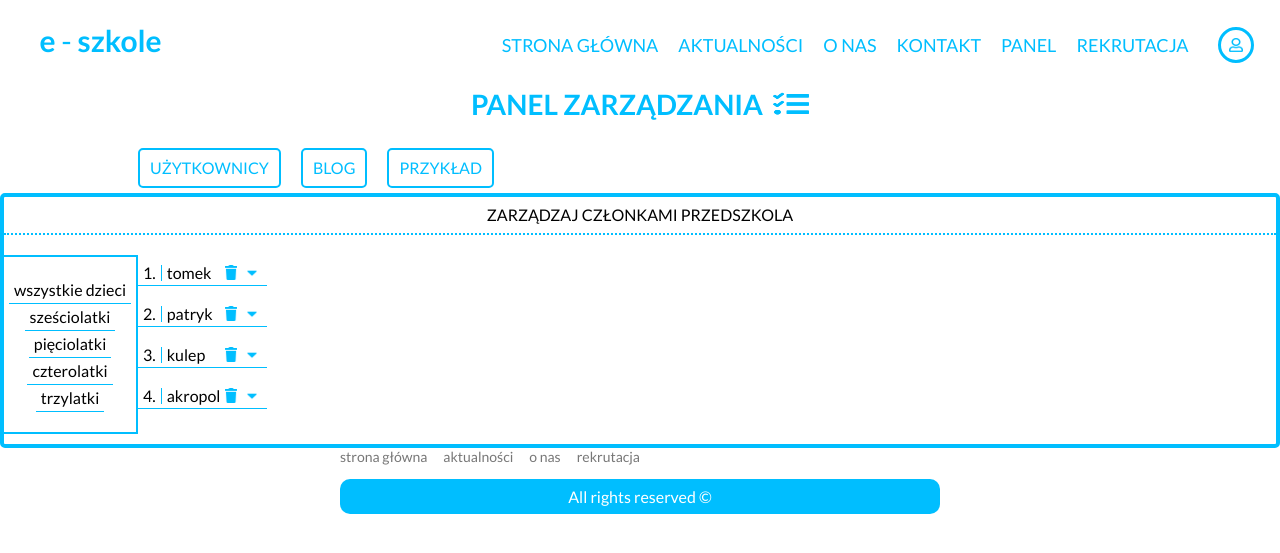
Repository: Votex874/e-szkole
Page: /panel (app in app/)
These files come from the project's save history. The page is drawn as it stood at one moment and after the next save; the edit follows.
The browser window is 1280 px wide. The pictures show the whole page.
The project was rebuilt for these pictures with package versions that can differ from the ones it lists, and the page was loaded fresh each time. Also part of the build but not shown: app/src/components/News/Title/index.js, app/src/components/News/Content/index.js, app/src/components/News/Avatar/index.js, app/src/components/News/Footer/index.js, app/src/components/News/index.js, app/src/components/AboutUs/Content/index.js, app/src/components/AboutUs/index.js, app/src/components/Graduates/ListItem/index.js and 26 more.

Above is the page before, as saved 2019-04-04 09:39:22.

### app/src/index.js
import React from 'react';
import ReactDOM from 'react-dom';
import App from './App';
import * as serviceWorker from './serviceWorker';
import { createStore } from 'redux';
import { Provider } from 'react-redux';
import rootReducer from './reducers/rootReducer'

const store = createStore(rootReducer);

ReactDOM.render(<Provider store={store}><App /></Provider>, document.getElementById('root'));

// If you want your app to work offline and load faster, you can change
// unregister() to register() below. Note this comes with some pitfalls.
// Learn more about service workers: http://bit.ly/CRA-PWA
serviceWorker.unregister();

### app/src/App.js
import React, { Component } from 'react';
import { Route, BrowserRouter, Switch } from 'react-router-dom'
import './reset.scss'

import Home from './containers/Home/index'
import Login from './containers/Login/index'
import Contact from './containers/Contact/index'
import News from './containers/News/index'
import About from './containers/About/index'
import Recruitment from './containers/Recruitment/index'
import Panel from './containers/Panel/index'

class App extends Component {
  render() {
    return (
      <BrowserRouter>
        <Switch>
          <Route exact path='/' component={Home} />
          <Route path='/login' component={Login} />
          <Route path='/kontakt' component={Contact} />
          <Route path='/blog' component={News} />
          <Route path='/o-nas' component={About} />
          <Route path='/rekrutacja' component={Recruitment} />
          <Route path='/panel' component={Panel} />
        </Switch>
      </BrowserRouter>
    );
  }
}

export default App;

### app/src/reset.scss
html, body, div, span, applet, object, iframe,
h1, h2, h3, h4, h5, h6, p, blockquote, pre,
a, abbr, acronym, address, big, cite, code,
del, dfn, em, img, ins, kbd, q, s, samp,
small, strike, strong, sub, sup, tt, var,
b, u, i, center,
dl, dt, dd, ol, ul, li,
fieldset, form, label, legend,
table, caption, tbody, tfoot, thead, tr, th, td,
article, aside, canvas, details, embed,
figure, figcaption, footer, header, hgroup,
menu, nav, output, ruby, section, summary,
time, mark, audio, video {
	margin: 0;
	padding: 0;
	border: 0;
	font-size: 100%;
	font: inherit;
	vertical-align: baseline;
}
/* HTML5 display-role reset for older browsers */
article, aside, details, figcaption, figure,
footer, header, hgroup, menu, nav, section {
	display: block;
}
body {
	line-height: 1;
}
ol, ul {
	list-style: none;
}
blockquote, q {
	quotes: none;
}
blockquote:before, blockquote:after,
q:before, q:after {
	content: '';
	content: none;
}
table {
	border-collapse: collapse;
	border-spacing: 0;
}
@import url('https://fonts.googleapis.com/css?family=Lato:300,300i,400,400i,700&amp;subset=latin-ext');

 body {
	font-family: 'Lato', sans-serif;
 }

 a{
	 text-decoration: none;
 }

### app/src/containers/Panel/index.js
import React, { Component } from 'react'
import styled from 'styled-components'

import HeaderMain from '../../components/HeaderMain/index'
import Footer from '../../components/Footer/index'
import PanelManagement from '../../components/PanelManagement/index'

class Panel extends Component{
  render(){
    return (
      <React.Fragment>
        <HeaderMain />
        <PanelManagement />
        <Footer />
      </React.Fragment>
    )
  }
}

export default Panel

### app/src/components/HeaderMain/index.js
import React, { Component } from 'react';
import styled from 'styled-components'
import Logo from '../Logo/index'
import Navigation from '../Nav/index'
import Hamburger from '../Hamburger/index'

const Header = styled.header`
 max-width: 1400px;
 height: 100px;
 margin: 0 auto;
 display: flex;
 justify-content: space-between;
 align-items: center;
 box-sizing: border-box;
 margin-top: 15px;
 @media (max-width: 1400px){
   width: 96%;
   height: 50px;
   align-items: center;
 }
`

class HeaderMain extends Component {
  constructor(props){
    super(props)

    this.state = {
      width: 0
    }
  }

  componentDidMount = () => {
    this.updateWindowDimensions();
    window.addEventListener('resize', this.updateWindowDimensions);
  }

  componentWillUnmount = () => {
    window.removeEventListener('resize', this.updateWindowDimensions);
  }

  updateWindowDimensions = () => {
    this.setState({ width: window.innerWidth });
  }

  render() {
    const { width } = this.state;
    return (
      <Header>
        <Logo />
        { width <= 767 ? <Hamburger /> : <Navigation /> }
      </Header>
    );
  }
}

export default HeaderMain;

### app/src/components/Footer/index.js
import React, { Component } from 'react'
import styled from 'styled-components'
import FooterNav from './FooterNav/index'
import { lightBlue } from '../../constColors'

const FooterContainer = styled.footer`
  width: 600px;
  margin: 0 auto;
  @media (max-width: 767px){
    width: 100%;
  }
`

const FooterBanner = styled.div`
  background-color: ${lightBlue};
  display: flex;
  justify-content: center;
  align-items: center;
  color: #fff;
  margin: 15px auto;
  height: 35px;
  border-radius: 10px;
  @media (max-width: 767px){
    width: 100%;
    border-radius: 0;
  }
`

class Footer extends Component {
  render(){
    return (
      <FooterContainer>
        <FooterNav />
        <FooterBanner>All rights reserved &copy; </FooterBanner>
      </FooterContainer>
    )
  }
}


export default Footer

### app/src/components/PanelManagement/index.js
import React, { Component } from 'react'

import PanelOptions from '../PanelOptions/index'

class PanelManagement extends Component {
  render(){
    return (
      <React.Fragment>
        <PanelOptions />
      </React.Fragment>
    )
  }
}

export default PanelManagement

### app/src/components/Logo/index.js
import React, { Component } from 'react';
import styled from 'styled-components'
import { shineOnHover, lightBlue } from '../../constColors'
import { Link } from 'react-router-dom'

const Alink = styled.span`
  display: flex;
  flex-direction: column;
  justify-content: center;
  align-items: center;
  width: 225px;
  padding: 0 10px;
  text-decoration: none;
  font-size: 50px;
  @media (max-width: 767px) {
    width: 150px;
    height: auto;
    font-size: 28px;
    align-items: flex-start;
    justify-content: flex-start;
    padding: 0;
  }
  @media (min-width: 768px) and (max-width: 1400px) {
    width: 150px;
    font-size: 30px;
    padding: 0;
  }
  @media (min-width: 1401px){
    ${shineOnHover}
  }
`
const Span = styled.h1`
  color: ${lightBlue};
  transition: .2s;
`
const Bold = styled.b`
  font-weight: bold;
`

class Logo extends Component {
  constructor(props){
    super(props)

    this.state = {
      logoLink: '/'
    }
  }
  render() {
    const { logoLink } = this.state;
    return (
      <Link to={logoLink}>
        <Alink>
          <Span id='logo' className="logo2"><Bold>e</Bold> - <Bold>szkole</Bold></Span>
        </Alink>
      </Link>
    );
  }
}

export default Logo;

### app/src/components/Nav/index.js
import React, { Component } from 'react';
import { connect } from 'react-redux'
import styled from 'styled-components'
import SingleLink from './Link/index'
import LoginButton from './../LoginButton/index';


const Nav = styled.nav`
  display: flex;
  margin: 10px 20px 0 auto;
  @media (max-width: 767px){
    flex-direction: column;
    margin: 120px 0 0 0;
  }
`

class Navigation extends Component {

  render() {
    const { links } = this.props;
    let listOfLinks = [];
    let i = 0;
    for (const key of Object.keys(links)) {
      // console.log(key, links[key]);
      listOfLinks[i] = <SingleLink data={links[key]} key={key} />
      i++;
    }
    return (
      <React.Fragment>
        <Nav>
          {listOfLinks}
        </Nav>
        <LoginButton />
      </React.Fragment>
    );
  }
}

const mapStateToProps = (state) => {
  return {
    links: state.links
  }
}

export default connect(mapStateToProps)(Navigation);

### app/src/components/Hamburger/index.js
import React, { Component } from 'react';
import styled from 'styled-components'
import hamburgerImg from '../../images/icons/hamburger.png'
import times from '../../images/icons/times.png'
import Navigation from '../Nav/index'

const Hamburger = styled.div`
  width: 40px;
  height: 40px;
`

const HamburgerImg = styled.img`
  width: 100%;
  height: 100%;
  opacity: 1;
  transition: .4s;
  position: relative;
  z-index: 10;
`

const MobileContainer = styled.div`
  position: absolute;
  display: flex;
  flex-direction: column-reverse;
  top: 0;
  left: 0;
  width: 100vw;
  height: 100vh;
  background-color: #fff;
  opacity: .9;
  z-index: 1;
  transition: .3s;
`

class Hambuger extends Component {
  constructor(props){
    super(props)

    this.body = document.querySelector('body');

    this.state = {
      imgAlt: 'hamburgerMenuIcon',
      imgSrc: hamburgerImg,
      fade: 1,
      displayMobile: 'none'
    }
  }

  handleHamburger = () => {
    const { imgSrc } = this.state;
    setTimeout( () => {
      if (imgSrc !== hamburgerImg) {
        this.body.style.overflow = "auto";
        this.setState({
          imgSrc: hamburgerImg,
          displayMobile: 'none',
          fade: 1
        })
      } else {
        this.body.style.overflow = "hidden";
        this.setState({
          imgSrc: times,
          displayMobile: 'block',
          fade: 1
        })
      }
    }, 400)
    this.setState({
      fade: 0
    })
  }

  render() {
    const { imgAlt, imgSrc, fade, displayMobile } = this.state
    return (
      <Hamburger>
        <HamburgerImg style={{opacity: fade}} src={imgSrc} alt={imgAlt} onClick={this.handleHamburger}/>
        <MobileContainer style={{display: displayMobile}}>
          <Navigation />
        </MobileContainer>
      </Hamburger>
    );
  }
}


export default Hambuger;

### app/src/components/SectionTitle/index.js
import React from 'react'
import styled from 'styled-components'
import { lightBlue } from '../../constColors'

const HeaderTitle = styled.h2`
  color: ${lightBlue};
  font-size: 32px;
  text-transform: uppercase;
  font-weight: bold;
  text-align: center;
  @media (max-width: 767px){
    font-size: 22px;
  }
  @media (min-width: 768px) and (max-width: 1400px){
    font-size: 28px;
  }
`
const HeaderImg = styled.img`
  width: 40px;
  height: 30px;
  margin-left: 10px;
  @media(max-width: 767px){
    width: 30px;
    height: 20px;
  }
  @media (min-width: 768px) and (max-width: 1400px){
    width: 36px;
    height: 26px;
  }
`

const Header = styled.header`
  display: flex;
  justify-content: center;
  align-items: center;
  width: 90%;
  margin: 25px auto;
`

const SectionTitle = ({ title, img }) => {
  return (
    <Header>
      <HeaderTitle>{title}</HeaderTitle>
      <HeaderImg src={img} alt="ikona zespolu"/>
    </Header>
  )
}


export default SectionTitle;

### app/src/components/Footer/FooterNav/index.js
import React, { Component } from 'react'
import styled from 'styled-components'
import NavLink from './NavLink/index'
import { connect } from 'react-redux'

const NavContainer = styled.nav`
  display: flex;
  justify-content: space-between;
  width: 50%;
  @media (max-width: 767px){
    width: 90%;
    margin: 0 auto;
  }
`

class FooterNav extends Component {
  constructor(props){
    super(props)

    this.state = {
      nav: []
    }
  }
  componentDidMount = () => {
    const { links } = this.props
    let listOfNavs = [];
    let i = 0;
    for (const key of Object.keys(links)) {
      if(links[key].basic === 'true'){
        listOfNavs[i] =
          <NavLink name={links[key].name} url={links[key].url} key={key} />
        i++;
      }
    }
    this.setState({
      nav: listOfNavs
    })
  }

  render(){
    const { nav } = this.state;
    return(
      <NavContainer>
        {nav}
      </NavContainer>
    )
  }
}

const mapStateToProps = (state) => {
  return {
    links: state.links
  }
}

export default connect(mapStateToProps)(FooterNav);

### app/src/constColors.js
const brown = '#BF5000';
const greenDark = '#008723';
const greenLight = '#34BD56';
const lightBlue = '#00BEFF';
const turquoise = '#fff';
const darkBlue = '#0057AE';

const shineOnHover = `
position: relative;
    overflow: hidden;
    display: inline-block;
    border-radius: 5px;
    text-align: center;
    line-height: 50px;

  &:after {
    content: "";
    position: absolute;
    top: -110%;
    left: -210%;
    width: 200%;
    height: 200%;
    opacity: 0;
    /* transform: rotate(30deg); */

    background: rgba(0, 190, 255, 0.13);
    background: linear-gradient(
      to right,
      rgba(0, 190, 255, 0.13) 0%,
      rgba(0, 190, 255, 0.13) 77%,
      rgba(0, 190, 255, 0.5) 92%,
      rgba(0, 190, 255, 0.0) 100%
    );
  }

  &:hover:after {
    opacity: 1;
    top: -30%;
    left: -30%;
    transition-property: left, top, opacity;
    transition-duration: 0.7s, 0.7s, 0.15s;
    transition-timing-function: ease;
  }


  &:active:after {
    opacity: 0;
  }
`

export { brown, greenLight, greenDark, lightBlue, shineOnHover, turquoise, darkBlue }

### app/src/components/PanelOptions/index.js
import React, { Component } from 'react'
import styled from 'styled-components'

import PanelItem from './PanelItem/index'
import SectionTitle from '../SectionTitle'
import TaskImg from '../../images/icons/tasks.png'
import Users from './Users/index'
import { lightBlue } from '../../constColors';

const OptionsList = styled.ul`
  width: 1200px;
  margin: 0 auto;
  display: flex;
  justify-content: flex-start;
  align-items: center;
  flex-wrap: wrap;
  @media (max-width: 767px){
    width: 90%;
  }
  @media (min-width: 768px) and (max-width: 1400px){
    width: 80%;
  }
`

const ChoosenOption = styled.div`
  border: 4px solid ${lightBlue};
  border-radius: 5px;
  margin: 0 auto;
  @media(max-width: 767px){
    width: 90%;
  }
`

class PanelOptions extends Component{
  constructor(props){
    super(props)

    this.state = {
      list: ['użytkownicy', 'blog', 'przykład'],
      users: <Users />
    }
  }

  handleClick = (id) => {
    console.log(id, 'id')
  }

  render(){
    return (
      <React.Fragment>
        <SectionTitle title="Panel Zarządzania" img={TaskImg} />
        <OptionsList>
          {this.state.list.map((e,i) => {
            return <PanelItem id={i} handleClick={this.handleClick} key={i} content={e} />
          })}
        </OptionsList>
        <ChoosenOption>
          {this.state.users}
        </ChoosenOption>
      </React.Fragment>
    )
  }
}

export default PanelOptions

### app/src/components/Nav/Link/index.js
import React from 'react';
import styled from 'styled-components'
import { shineOnHover, lightBlue } from '../../../constColors'
import { Link } from 'react-router-dom'

const Alink = styled.span`
  text-decoration: none;
  color: ${lightBlue};
  margin: 10px 0;
  padding: 0 12px;
  font-size: 20px;
  text-transform: uppercase;
  text-align: center;

  @media (max-width: 767px){
    font-size: 24px;
    display: flex;
    justify-content: center;
    align-items: center;
  }
  @media (min-width: 768px) and (max-width: 1050px){
    font-size: 14px;
    margin: 10px 0;
    padding: 4px;
  }
  @media (min-width: 1051px) and (max-width: 1400px){
    font-size: 18px;
    margin: 10px 0;
    padding: 0 10px;
  }
  @media (min-width: 1401px){
    ${shineOnHover}
}
`

const SingleLink = ({ data }) => {
  const handleClick = () => {
    document.querySelector('body').style.overflow = "auto";
  }
  return (
    <Link onClick={handleClick} to={data.url}>
      <Alink>
        {data.name}
      </Alink>
    </Link>
  )
}

export default SingleLink;

### app/src/components/LoginButton/index.js
import React, { Component } from 'react';
import styled from 'styled-components'
import imgUser from '../../images/icons/loginUser.png'
import { shineOnHover, lightBlue } from '../../constColors'
import { Link } from 'react-router-dom'

const ButtonAlink = styled.span`
  width: 160px;
  height: 30px;
  font-size: 14px;
  text-transform: uppercase;
  font-weight: bold;
  text-decoration: none;
  display: flex;
  justify-content: center;
  align-items: center;
  border-radius: 20px;
  border: 3px solid ${lightBlue};
  margin-top: 10px;
  @media (max-width: 767px){
    position: absolute;
    top: 15px;
    left: 10px;
    width: 220px;
    height: 40px;
    font-size: 24px;
  }
  @media (min-width: 768px) and (max-width: 1400px){
    width: 30px;
  }
  @media (min-width: 1401px){
    ${shineOnHover}
    border-radius: 20px;
    line-height: normal;
    display: flex;
  }
`

const IconImg = styled.img`
  background-position: center;
  background-size: cover;
  background-repeat: no-repeat;
  margin-left: 15px;
  width: 14px;
  height: 14px;
  @media (max-width: 767px){
    width: 26px;
    height: 26px;
  }
  @media (min-width: 768px) and (max-width: 1400px){
    margin-left: 0;
  }
`
const SpanText = styled.span`
  color: ${lightBlue};
  @media (min-width: 768px) and (max-width: 1400px){
    display: none;
  }
`

class LoginButton extends Component {
  constructor(props){
    super(props)

    this.state = {
      loginLink: '/login'
    }
  }

  handleEnableScroll = () => {
    document.querySelector('body').style.overflow = "auto";
  }

  render() {
    const { loginLink } = this.state;
    return (
      <Link onClick={this.handleEnableScroll} to={loginLink} >
        <ButtonAlink>
          <SpanText>zaloguj się</SpanText>
          <IconImg src={imgUser} />
        </ButtonAlink>
      </Link>
    );
  }
}

export default LoginButton;

### app/src/components/Footer/FooterNav/NavLink/index.js
import React from 'react'
import styled from 'styled-components'
import { Link } from 'react-router-dom'

const Alink = styled.span`
  text-decoration: none;
  font-size: 14px;
  color: #777;
  @media (max-width: 767px){
    font-size: 12px;
  }
  @media (min-width: 768px) and (max-width: 1400px){
    font-size: 14px;
  }
`


const NavLink = ({ name, url }) => {
  return (
    <Link to={url}>
      <Alink>{name}</Alink>
    </Link>
  )
}

export default NavLink

### app/src/components/PanelOptions/PanelItem/index.js
import React, { Component } from 'react'
import styled from 'styled-components'

import { lightBlue } from '../../../constColors'

const SingleItem = styled.li`
  color: ${lightBlue};
  text-transform: uppercase;
  margin: 5px 10px;
  padding: 10px;
  border: 2px solid ${lightBlue};
  border-radius: 5px;
  @media (max-width: 767px){
    font-size: 12px;
    padding: 5px;
  }
  @media(min-width: 1400px){
    &:hover{
      color: #fff;
      background-color: ${lightBlue};
    }
  }
`

class PanelItem extends Component{

  handleClick = (id) => {
    if (typeof this.props.handleClick === 'function'){
      this.props.handleClick(id)
    }
  }

  render(){
    const { content, id } = this.props
    return (
      <React.Fragment>
        <SingleItem onClick={() => this.handleClick(id)}>{content}</SingleItem>
      </React.Fragment>
    )
  }
}

export default PanelItem

### app/src/components/PanelOptions/Users/index.js
import React, { Component } from 'react'
import styled from 'styled-components'
import { lightBlue } from '../../../constColors';

import SidebarMenuItem from '../Item/index'
import ArrowHide from '../../../images/icons/arrow-hide.png'
import ArrowShow from '../../../images/icons/arrow-show.png'
import Trash from '../../../images/icons/trash.png'

const Title = styled.h2`
  text-transform: uppercase;
  font-size: 120%;
  margin: 10px 0 10px 0;
  padding-bottom: 10px;
  border-bottom: 2px dotted ${lightBlue};
  @media(max-width: 767px){
    font-size: 90%;
    text-align: center;
    border-bottom: none;
  }
  @media (min-width: 768px) and (max-width: 1399px){
    font-size: 100%;
    text-align: center;
  }
`

const UsersList = styled.ul`

`

const UserItem = styled.li`
  border-bottom: 1px solid ${lightBlue};
  padding-bottom: 4px;
  margin: 10px 0;
  display: flex;
  flex-direction: column;
  @media (min-width: 768px) and (max-width: 1399px){
    margin: 20px 0;
  }
`

const Icons = styled.div`
  cursor: pointer;
  @media (max-width: 767px){
    width: 12px;
    height: 15px;
    display: flex;
    margin: 0 35px 0 auto;
  }
  @media (min-width: 768px) and (max-width: 1399px){
    width: 12px;
    height: 15px;
    display: flex;
    margin: 0 35px 0 auto;
  }
`

const Img = styled.img`
  width: 100%;
  height: 100%;
  margin: 0 5px;
`

const Id = styled.p`
  border-right: 1px solid ${lightBlue};
  padding: 0 5px;
  margin-right: 5px;
`

const MoreInfo = styled.p`
	height: 0px;
  visibility: hidden;
  transition: .5s;
  width: 0px;
`

const ContainerUserInfo = styled.div`
  display: flex;
`
const MainContainer = styled.div`
  display: flex;
  flex-direction: row;
  @media (max-width: 767px){
    flex-direction: column;
  }
`

const UserName = styled.span`
`

const SidebarMenu = styled.div`
  display: flex;
  justify-content: center;
  align-items: center;
  flex-wrap: wrap;
  margin: 10px 0;
  flex-direction: column;
  @media (max-width: 767px){
    border-top: 2px dotted ${lightBlue};
    border-bottom: 2px dotted ${lightBlue};
    padding: 10px 0;
    flex-direction: row;
  }
  @media (min-width: 768px) and (max-width: 1399px){
    border-top: 2px solid ${lightBlue};
    border-bottom: 2px solid ${lightBlue};
    border-right: 2px solid ${lightBlue};
    padding: 20px 0;
  }
`

class Users extends Component{
  constructor(props){
    super(props)

    this.state = {
      sidebarItems: ['wszystkie dzieci', 'sześciolatki', 'pięciolatki', 'czterolatki', 'trzylatki'],
      users: ['tomek', 'patryk', 'kulep', 'akropol'],
      usersArray: []
    }
  }

  componentDidMount = () => {
    const { users } = this.state
    const usersList = users.map((e, i) => {
      return (
        <UserItem key={i}>
          <ContainerUserInfo>
            <Id>{i + 1}.</Id>
            <UserName>{e}</UserName>
            <Icons><Img src={Trash} /> <Img onClick={() => this.handleShowMoreInfo(i, e)} src={ArrowShow} /></Icons>
          </ContainerUserInfo>
          <MoreInfo>3213213</MoreInfo>
        </UserItem>
      )
    })
    this.setState({
      usersArray: usersList
    })
  }

  handleShowMoreInfo = (id, name) => {
    const { usersArray } = this.state
    const arrayHandler = [...usersArray];

    arrayHandler[id] = <UserItem key={id}>
      <ContainerUserInfo>
        <Id>{id + 1}.</Id>
        <UserName>{name}</UserName>
        <Icons><Img src={Trash} /> <Img onClick={() => this.handleHideMoreInfo(id, name)} src={ArrowHide} /></Icons>
      </ContainerUserInfo>
      <MoreInfo>3213213</MoreInfo>
    </UserItem>

    this.setState({
      usersArray: arrayHandler
    })

    const styleSlideUp = {
      height: 200,
      visibility: "visible",
      width: 'auto'
    }

    setTimeout(() => {
      arrayHandler[id] = <UserItem key={id}>
        <ContainerUserInfo>
          <Id>{id + 1}.</Id>
          <UserName>{name}</UserName>
          <Icons><Img src={Trash} /> <Img onClick={() => this.handleHideMoreInfo(id, name)} src={ArrowHide} /></Icons>
        </ContainerUserInfo>
        <MoreInfo style={ styleSlideUp }>3213213</MoreInfo>
      </UserItem>
      this.setState({
        usersArray: arrayHandler
      })
    }, 100)
  }

  handleHideMoreInfo = (id, name) => {
    const { usersArray } = this.state
    const arrayHandler = [...usersArray];

    arrayHandler[id] = <UserItem key={id}>
      <ContainerUserInfo>
        <Id>{id + 1}.</Id>
        <UserName>{name}</UserName>
        <Icons><Img src={Trash} /> <Img onClick={() => this.handleShowMoreInfo(id, name)} src={ArrowShow} /></Icons>
      </ContainerUserInfo>
      <MoreInfo>3213213</MoreInfo>
    </UserItem>

    this.setState({
      usersArray: arrayHandler
    })
  }

  render(){
    const { sidebarItems, usersArray } = this.state
    return (
      <React.Fragment>
        <Title>Zarządzaj członkami przedszkola</Title>
        <MainContainer>
          <SidebarMenu>
            {sidebarItems.map((e, i) => {
              return <SidebarMenuItem key={i} content={e} />
            })}
          </SidebarMenu>
          <UsersList>
            {usersArray}
          </UsersList>
        </MainContainer>
      </React.Fragment>
    )
  }
}

export default Users

### app/src/components/PanelOptions/Item/index.js
import React from 'react'
import styled from 'styled-components'
import { lightBlue } from '../../../constColors'

const Item = styled.p`
  padding: 5px;
  border-bottom: 1px solid ${lightBlue};
  margin: 0 5px;
`

const SidebarMenuItem = ({ content }) => {
  return (
    <Item>{content}</Item>
  )
}

export default SidebarMenuItem

Loaded but not shown: app/public/index.html (common file); app/src/serviceWorker.js (common file); app/src/reducers/rootReducer.js (169 lines, source omitted)

After the next save:
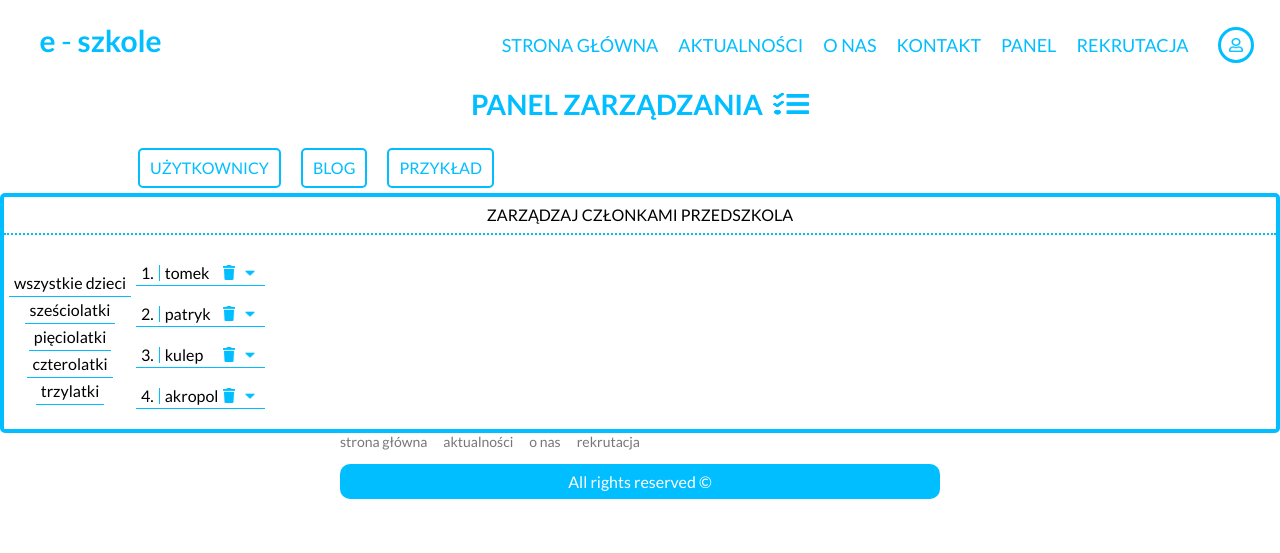
Saved 25 s later.
--- a/app/src/components/PanelOptions/Users/index.js
+++ b/app/src/components/PanelOptions/Users/index.js
@@ -102,10 +102,7 @@ const SidebarMenu = styled.div`
     flex-direction: row;
   }
   @media (min-width: 768px) and (max-width: 1399px){
-    border-top: 2px solid ${lightBlue};
-    border-bottom: 2px solid ${lightBlue};
-    border-right: 2px solid ${lightBlue};
-    padding: 20px 0;
+
   }
 `
 
